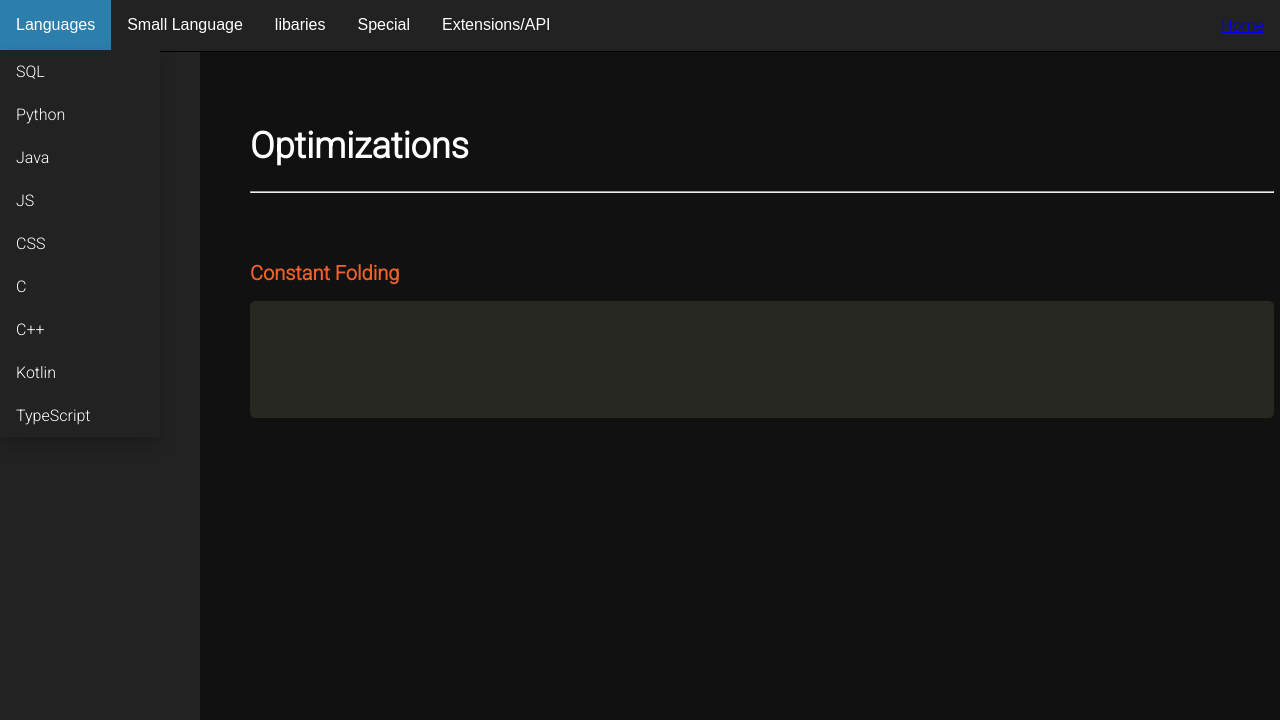
Repository: Max-Rohrhirsch/Max-Rohrhirsch.github.io
Page: documentation/special/OS/optimization.html
An editor plug-in stored every save of this project. The page is shown before and after the next save, followed by the edit.
The browser window is 1280 px wide. The pictures show the whole page.

Above is the page before, as saved 2023-10-29 18:32:11.

After the next save:
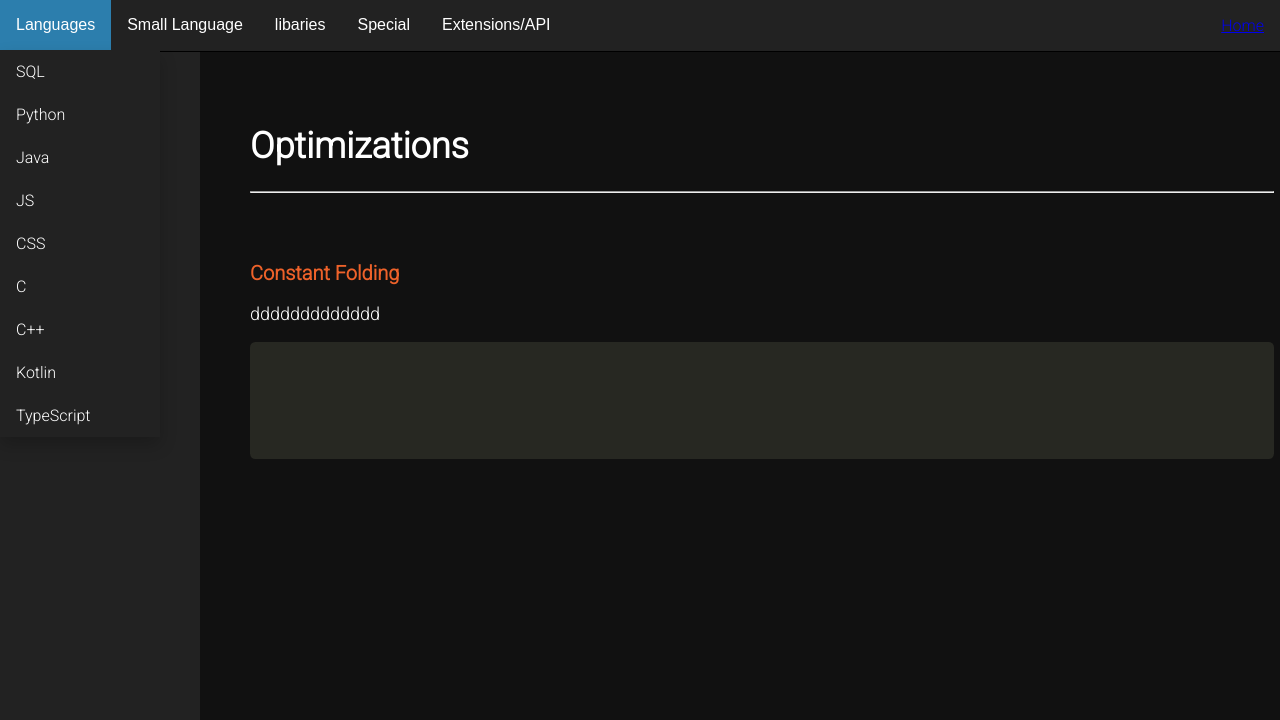
Saved 6 s later.
--- a/documentation/special/OS/optimization.html
+++ b/documentation/special/OS/optimization.html
@@ -25,6 +25,7 @@
 <hr><br><br>
 
 <h2>Constant Folding</h2>
+<p>ddddddddddddd</p>
 <pre>
     <code class="language-c">
 
